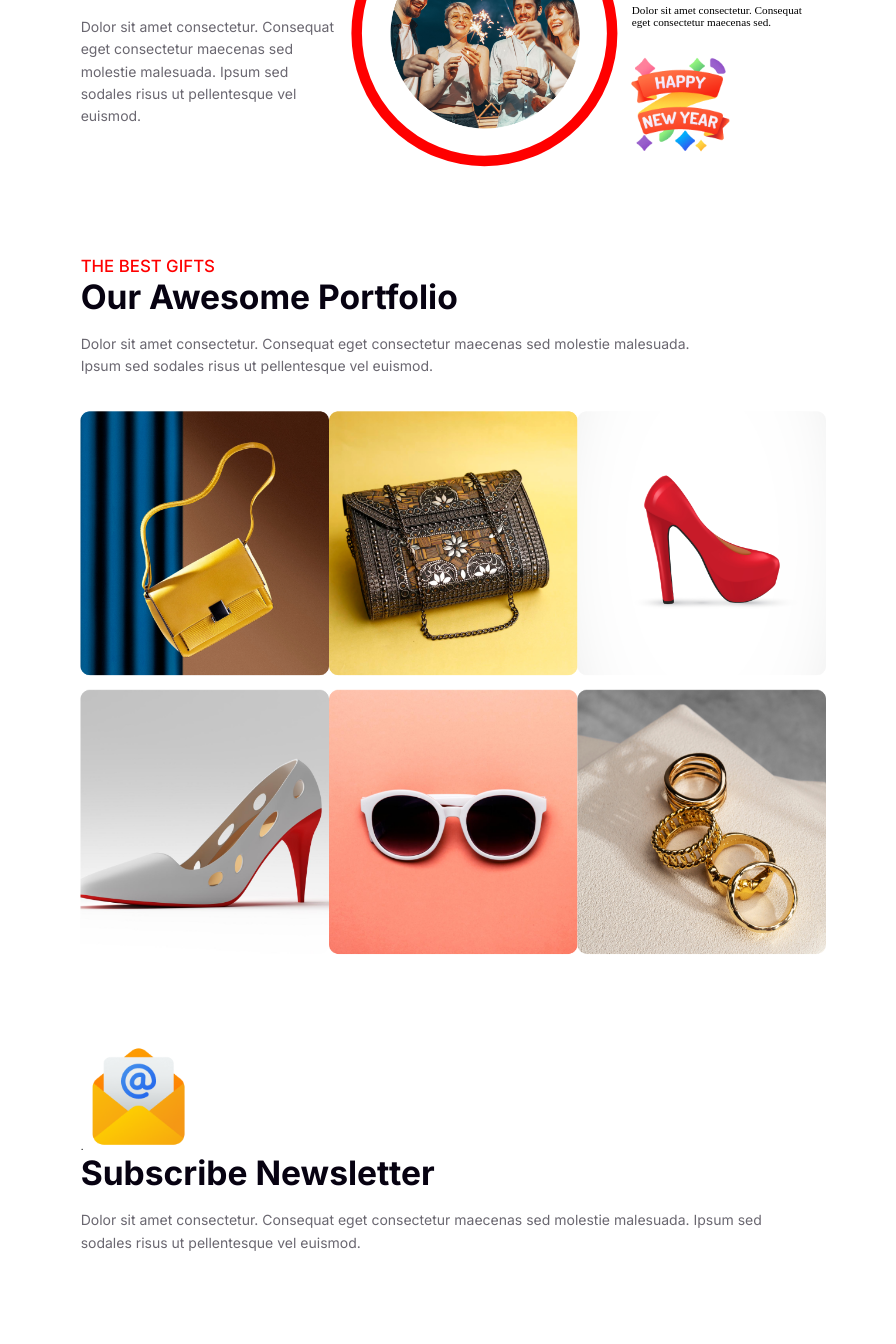
Repository: rahmatahmedrifat/First-Assignment
Page: index.html
These files come from the project's save history. The page is drawn as it stood at one moment and after the next save; the edit follows.
The browser window is 1280 px wide. The pictures show the part of the page from y = 3048 to 4968 px (the page is 4968 px tall), at 70% of full size.

Above is the page before, as saved 2024-01-08 18:45:27.

### index.html
<!DOCTYPE html>
<html lang="en">
<head>
    <meta charset="UTF-8">
    <meta name="viewport" content="width=device-width, initial-scale=1.0">
    <!-- Title  -->
    <title>New Year 2024</title>
    <!-- favicon icon linked -->
    <link rel="shortcut icon" href="images/New Year Photo.png" type="image/x-icon">
    <!-- style css linked-->
    <link rel="stylesheet" href="Style/style.css">
</head>
<body>
    <!-- header part  -->
    <header>
        <!-- banner section part -->
        <section id="banner">
            <div class="container">
                <div class="banner-container">
                    <div class="banner-content">
                        <h3 class="celebration">Happy New Year</h3>
                        <h2 class="banner-title">New Year Party Celebration</h2>
                    </div>
                </div>
            </div>
        </section>
    </header>
    <!-- main part -->
    <main>
        <!-- categories section part  -->
            <section id="categories">
                <div class="container">
                    <div class="categories-container">
                        <h2 class="categories-discount">65% OFF</h2>
                        <p class="primary-summery">OUR HOLIDAY DEALS ARE BETTER</p>
                        <h3 class="categories-title">ALL CATEGORIES</h3>
                        <div class="categories-img">
                            <img id="new-year-img" src="images/New Year Photo.png" alt="Happy New Year">
                        </div>
                    </div>
                </div>
            </section>

            <!-- party-banner section part -->
            <section id="party-banner">
                <div class="container">
                    <div class="party-container">
                        <div class="party-content">
                            <h2 class="party-title">Welcome to midnight party</h2>
                            <p class="party-description">Dolor sit amet consectetur. Consequat eget consectetur maecenas sed molestie malesuada. Ipsum sed sodales risus ut pellentesque vel euismod. </p>
                            <button id="join-now-btn">JOIN NOW</button>
                        </div>
                        <img class="party-img" src="images/icon/Group 70.png" alt="party-img">
                    </div>
                </div>
            </section>
            <!-- Announce section part -->
            <section id="announce">
                <div class="container">
                    <div class="announce-content">
                        <h4 class="announce-title"><span class="title-color">Place:</span> New Park Hotel</h4>
                        <h4 class="announce-title"><span class="title-color">Date:</span> 31 December Night 2023</h4>
                        <h4 class="announce-title"><span class="title-color">Time:</span> Evening 7.30 pm to 12.30 am</h4>
                        <button class="announce-btn">Join Now</button>
                    </div>
                </div>
            </section>
            <!-- best offer section part -->
            <section id="best-offer">
                <div class="container">
                    <div class="best-offer-container">
                        <div class="best-offer-content">
                            <p class="primary-summery">NEW BEST OFFER</p>
                            <h3 class="similer-title">Coming Soon</h3>
                            <p class="similer-description">Dolor sit amet consectetur. Consequat eget consectetur maecenas sed molestie malesuada. Ipsum sed sodales risus ut pellentesque vel euismod. </p>
                        </div>
                        <div class="best-offer-img-content">

                                <img class="best-offer-img" src="images/Ellipse 1.png" alt="best-offer-images">

                        </div>
                        <div class="best-offer-year-content">
                            <h3 class="best-offer-year">2024</h3>
                            <p class="best-offer-description">Dolor sit amet consectetur. Consequat eget consectetur maecenas sed.</p>
                            <img class="best-offer-year-img" src="images/icon/Group 96.png" alt="best-offer-year-img">
                        </div>
                    </div>
                </div>
            </section>
            <!-- Portfolio section part -->

            <section id="portfolio">
                <div class="container">
                    <div class="portfolio-container">
                        <div class="portfolio-box">
                            <p class="primary-summery">THE BEST GIFTS</p>
                            <h3 class="similer-title">Our Awesome Portfolio</h3>
                            <p class="similer-description description-padd">Dolor sit amet consectetur. Consequat eget consectetur maecenas sed molestie malesuada. Ipsum sed sodales risus ut pellentesque vel euismod. </p>
                        </div>
                            <div class="portfolio-content">
                                <img class="portfolio-img" src="images/Portfolio images/Rectangle 3.png" alt="">
                                <img class="portfolio-img" src="images/Portfolio images/Rectangle 4.png" alt="">
                                <img class="portfolio-img" src="images/Portfolio images/Rectangle 5.png" alt="">
                            </div>
                            <div class="portfolio-content">
                                <img class="portfolio-img" src="images/Portfolio images/Rectangle 6.png" alt="">
                                <img class="portfolio-img" src="images/Portfolio images/Rectangle 7.png" alt="">
                                <img class="portfolio-img" src="images/Portfolio images/Rectangle 8.png" alt="">
                            </div>
                        </div>
                    </div>
            </section>
            <!-- newsletter section part -->
            <section id="newsletter">
                <div class="container">
                    <div class="news-container">
                        <div class="new-content">
                            .
                            <img src="images/icon/Group 61.png" alt="">
                            <h3 class="similer-title">Subscribe Newsletter</h3>
                            <p class="similer-description">Dolor sit amet consectetur. Consequat eget consectetur maecenas sed molestie malesuada. Ipsum sed sodales risus ut pellentesque vel euismod. </p>
                        </div>

                    </div>
                </div>
            </section>
    </main>
    <!--  footer part -->
    <footer></footer>
</body>
</html>

### Style/style.css
/* import google fonts */
@import url('https://fonts.googleapis.com/css2?family=Inter:wght@100;200;300;400;500;600;700;800;900&family=Merriweather:ital,wght@0,300;0,400;0,700;0,900;1,300;1,400;1,700;1,900&display=swap');

*{
    margin: 0;
    padding: 0;
    outline: 0;
}

.container{
    width: 82%;
    margin: 0 auto;
}
/* primary content */
.primary-summery{
    font-family: Inter;
    font-size: 24px;
    font-style: normal;
    font-weight: 500;
    color: #F00;
    line-height: normal;
}
/* banner section related css style */
#banner{
    margin-top: 30px;
}
.banner-container{
    background-image: linear-gradient(180deg, #070211 0%, rgba(7, 2, 17, 0.00) 100%), url(../images/Banner\ Image.png);
    background-size: cover;
    background-repeat: no-repeat;
    background-position: center;
    border-radius: 16px;
    padding: 177px 0px;
}
.banner-container .banner-content{
    width: 632px;
    margin: 0 auto;
}
.banner-container .banner-content .celebration{
    color: #FFF;
    text-align: center;
    font-family: Merriweather;
    font-size: 32px;
    font-style: normal;
    font-weight: 400;
    line-height: normal;
    margin-bottom: 16px;
    z-index: 99;
}
.banner-container .banner-content .banner-title{
    color: #FFF;
    text-align: center;
    font-family: Merriweather;
    font-size: 72px;
    font-style: normal;
    font-weight: 900;
    line-height: 95px;
}
/* categories section related css style */

#categories{
    margin: 120px 0px;
}
.categories-container{
    text-align: center;
}
.categories-container .categories-discount{
    font-family: Inter;
    font-size: 88px;
    font-style: normal;
    font-weight: 700;
    color: #F00;
    line-height: normal;
    margin-bottom: 48px;
}

.categories-title{
    font-family: Inter;
    font-size: 48px;
    font-style: normal;
    font-weight: 700;
    color: #070211;
    line-height: normal;
    margin-bottom: 48px;
}
.categories-container .categories-img{
    width: 800px;
    margin: 0 auto;
}
.categories-img #new-year-img{
    max-width: 100%;
}

/* party-banner section css style  */
#party-banner{

}
.party-container{
    background-image: linear-gradient(90deg, #070211 0%, rgba(7, 2, 17, 0.00) 100%), url(../images/Vectorrr.png);
    background-position: center;
    background-repeat: no-repeat;
    background-size: cover;
    display: flex;
    align-items: center;
    justify-content: space-between;
    border-radius: 16px;
    padding: 70px 70px;
}
.party-container .party-content{
    width: 900px;
}
.party-content .party-title{
    font-family: Merriweather;
    font-size: 64px;
    font-style: normal;
    font-weight: 900;
    color: #FFF;
    line-height: 88px;
    letter-spacing: 3px;
}
.party-content .party-description{
    font-family: Inter;
    font-size: 18px;
    font-style: normal;
    font-weight: 400;
    color: rgba(255, 255, 255, 0.80);
    line-height: 30px;
    margin-top: 20px;
}
#join-now-btn{
    font-family: Inter;
    font-size: 20px;
    font-style: normal;
    font-weight: 700;
    color: #FFF;
    background: transparent;
    line-height: normal;
    text-transform: uppercase;
    border: none;
    cursor: pointer;
    margin-top: 48px;
    margin-left: 32px;
}
.party-container .party-img{
    width: 270px;
    max-width: 100%;
}

/* Announce section css style */

#announce{
    margin: 120px 0px;
}
.announce-content{
    background: linear-gradient(180deg, rgba(255, 0, 0, 0.10) 0%, rgba(255, 0, 0, 0.00) 100%);
    padding: 100px 0;
    text-align: center;
}
.announce-content .announce-title{
    color: #070211;
    font-family: Inter;
    font-size: 32px;
    font-style: normal;
    font-weight: 600;
    line-height: 56px;
    text-transform: capitalize;
}
.announce-content .announce-title .title-color{
    color: #F00;
}
.announce-btn{
    font-family: Inter;
    font-size: 20px;
    font-style: normal;
    font-weight: 700;
    line-height: normal;
    color: #FFF;
    text-align: center;
    text-transform: uppercase;
    border-radius: 8px;
    background: #F00;
    padding: 16px 32px;
    border: none;
    cursor: pointer;
    transition: all ease 0.5s;
    margin-top: 48px;
}
.announce-btn:hover{
    background: #fff;
    color: #f00;
    outline: 1px solid #F00;
}
/* best-offer section style css */
#best-offer{
    margin-bottom: 128px;
}
.similer-title{
    font-family: Inter;
    font-size: 48px;
    font-style: normal;
    font-weight: 700;
    color: #070211;
    line-height: normal;
}
.similer-description{
    font-family: Inter;
    font-size: 20px;
    font-style: normal;
    font-weight: 400;
    color: rgba(7, 2, 17, 0.60);
    line-height: 32px;
    margin-top: 22px;
}
.best-offer-container{
    display: flex;
    align-items: center;
    gap: 20px;
}
.best-offer-content{
    width: 700px;
}
.best-offer-img-content{
    min-height: 350px;
    min-width: 350px;
    border: 15px solid #f00;
    border-radius: 50%;
    position: relative;
    position: relative;
}
.best-offer-img-content .best-offer-img{
    position: absolute;
    width: 270px;
    inset: 41px;
}
.best-offer-year-content .best-offer-year{
    font-family: Inter;
    font-size: 48px;
    font-style: normal;
    font-weight: 700;
    color: #F00;
    line-height: normal;
    margin-top: 65px;
}
.best-offer-year-content .best-offer-description{
    margin-top: 10px !important;

}
.best-offer-year-content{
    width: 500px;
}
.best-offer-year-content .best-offer-year-img{
    max-width: 140px;
    margin-top: 38px;
}


/*  portfolio section css style */
.portfolio-container{

}
.portfolio-container .description-padd{
    margin-bottom: 48px ;
}
.portfolio-container .portfolio-content{
    display: flex;
    align-items: center;
    justify-content: space-between;
    margin-top: 20px;
}
.portfolio-box{
    width: 896px;
}
.portfolio-container .portfolio-content .portfolio-img{
    max-width: 355px;
    transition: all ease 0.5s;
}
.portfolio-content .portfolio-img:hover{
    filter: grayscale(1);
    transform: scale(1.05);
}
/* newsletter section css style  */
#newsletter{
    margin: 128px 0px;
}
.news-content{
    border-radius: 16px;
    background: rgba(255, 0, 0, 0.05);
    text-align: center;
}
.news-content img{
    width: 150px;
    height: 150px;
}

After the next save:
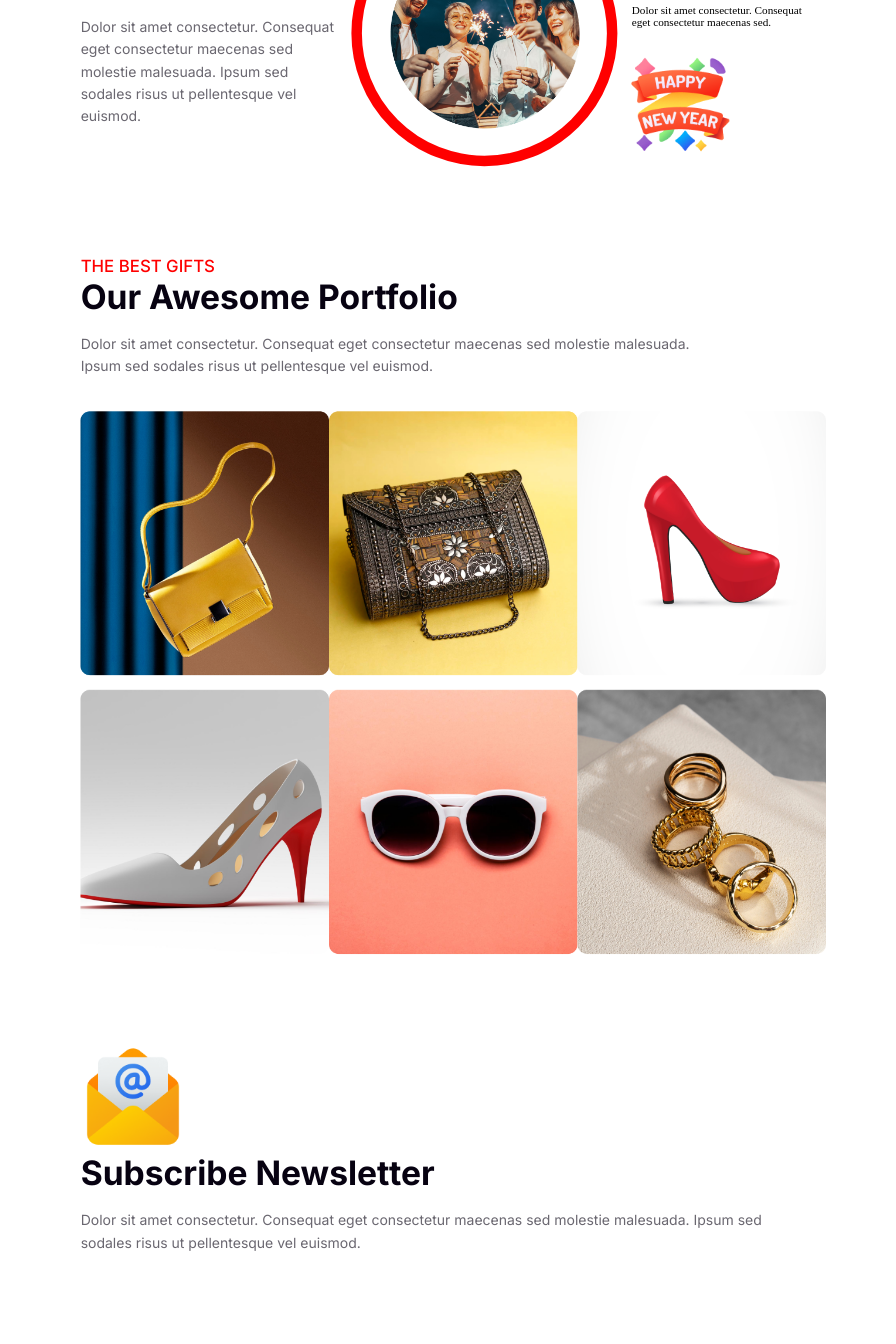
Saved 5 s later.
--- a/index.html
+++ b/index.html
@@ -115,7 +115,6 @@
                 <div class="container">
                     <div class="news-container">
                         <div class="new-content">
-                            .
                             <img src="images/icon/Group 61.png" alt="">
                             <h3 class="similer-title">Subscribe Newsletter</h3>
                             <p class="similer-description">Dolor sit amet consectetur. Consequat eget consectetur maecenas sed molestie malesuada. Ipsum sed sodales risus ut pellentesque vel euismod. </p>
